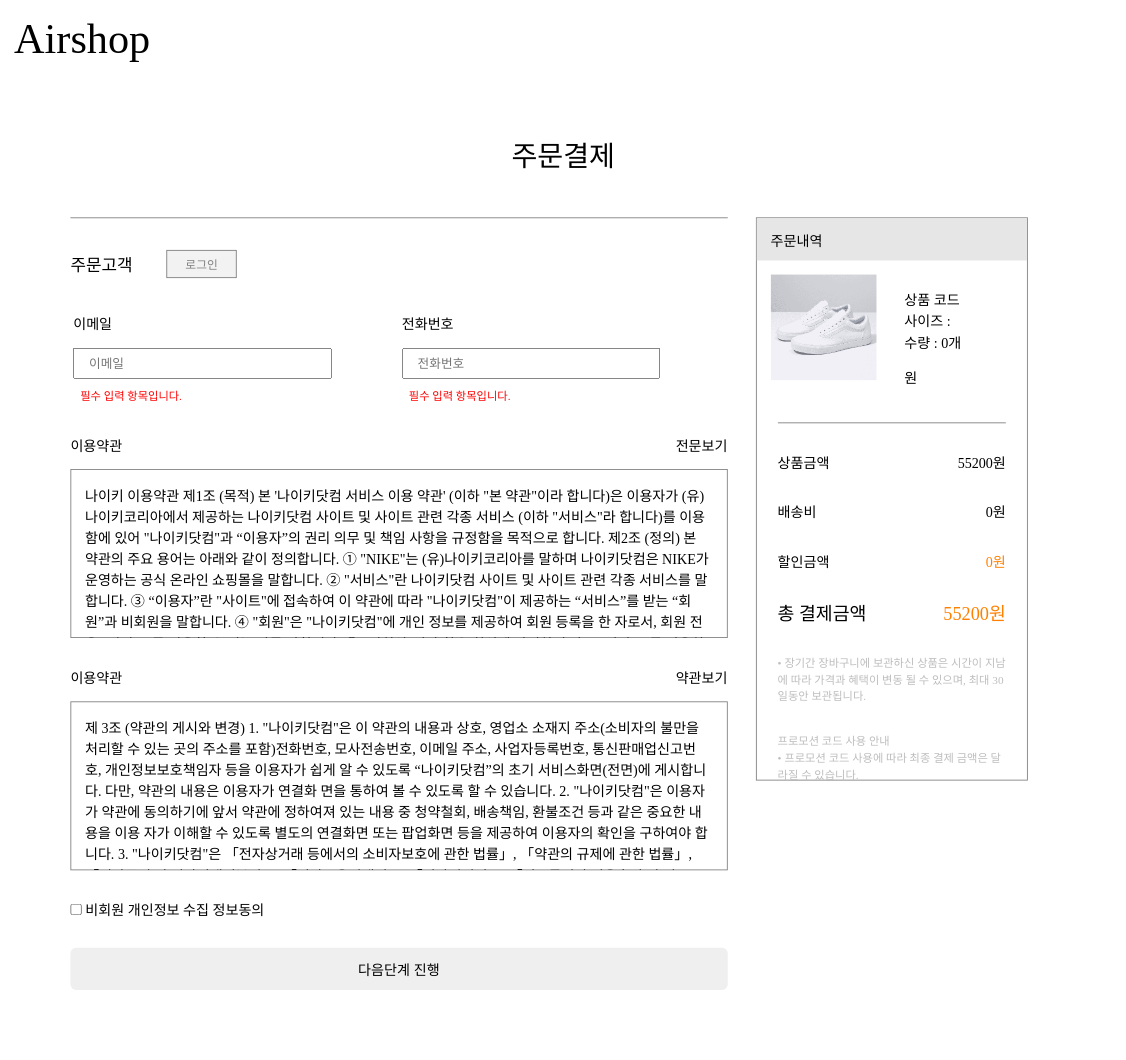
Repository: seungsu12/carrot
Page: http://localhost/carrot/orderform.jsp
These files come from the project's save history. The page is drawn as it stood at one moment and after the next save; the edit follows.
The browser window is 1280 px wide. The pictures show the whole page, at 88% of full size.
The page is served by Tomcat 9. Queries for data that is not in the repository find no rows.

Above is the page before, as saved 2021-09-25 02:05:04.

After the next save:
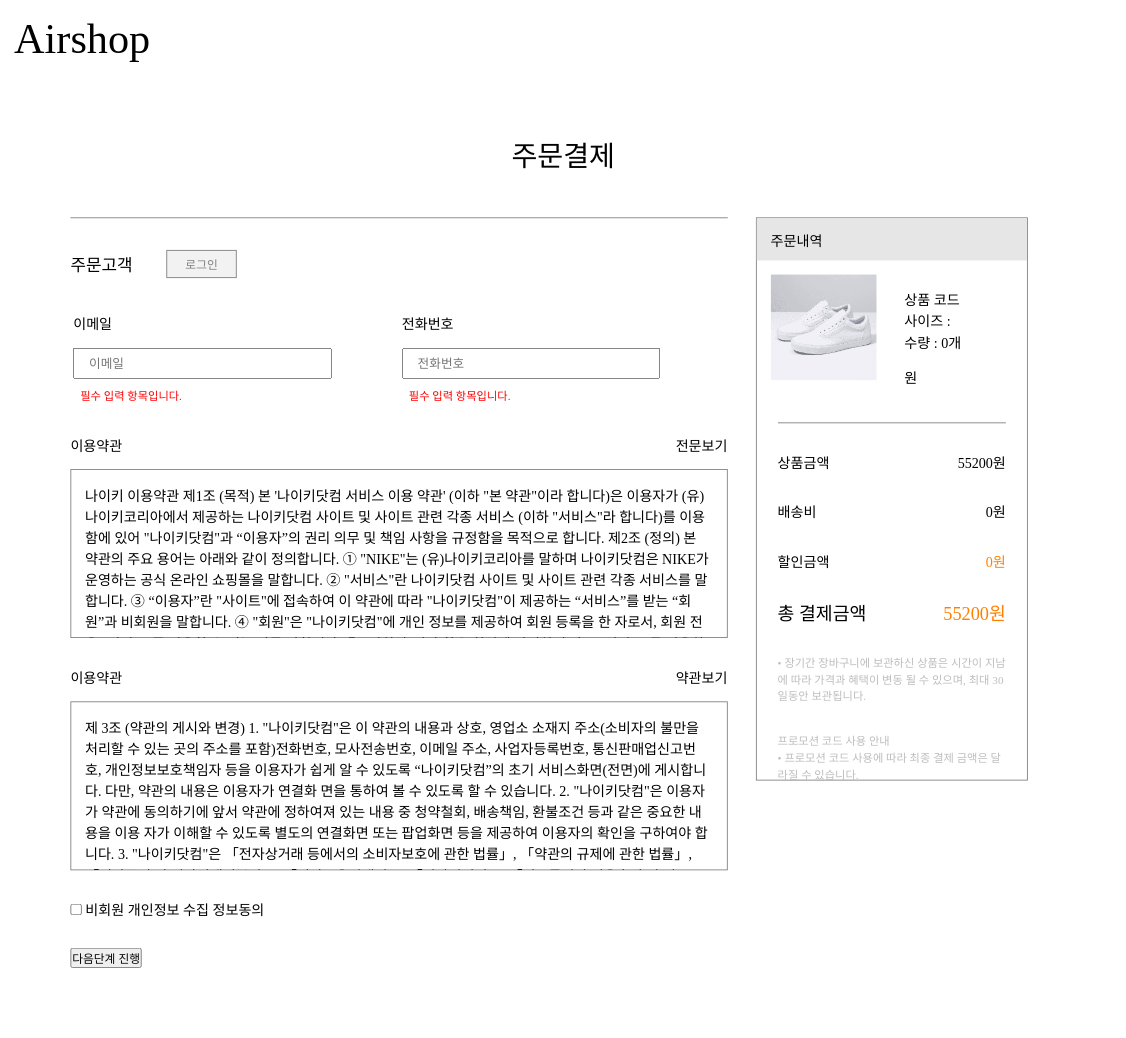
Saved 3 min 14 s later.
--- a/carrot/WebContent/orderform.jsp
+++ b/carrot/WebContent/orderform.jsp
@@ -117,7 +117,7 @@
 					<label for="order_checkbox">비회원 개인정보 수집 정보동의</label>
 				</div>
 				<div class="order_submit_wrapper order_main_content">
-					<input class="order_submit_button" type="button" value="다음단계 진행">
+					<button class="order_submit_button" type="button" value="">다음단계 진행</button>
 				</div>
 			</div>
 

After the save that followed:
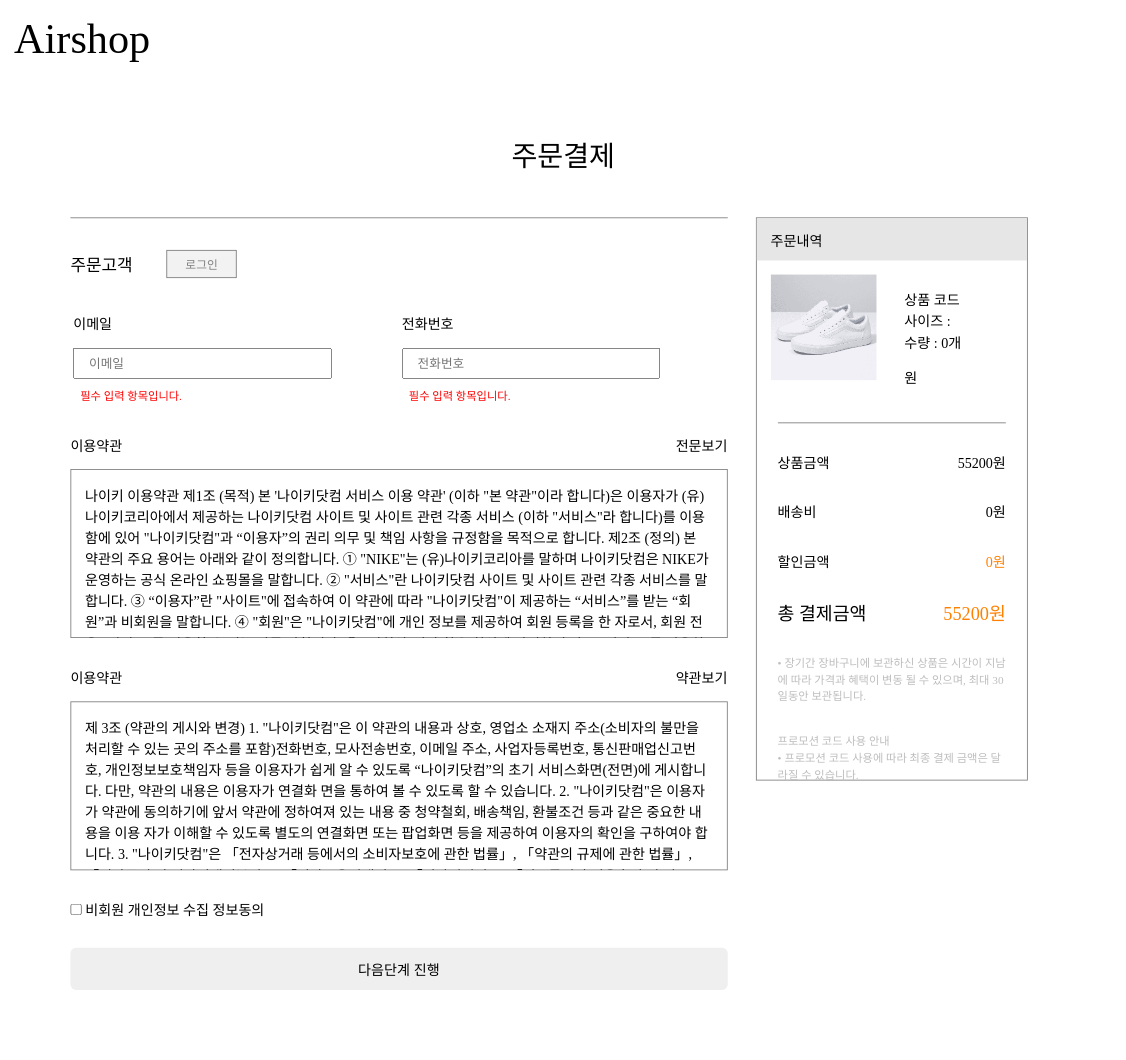
Saved 2 min 48 s later.
--- a/carrot/WebContent/orderform.jsp
+++ b/carrot/WebContent/orderform.jsp
@@ -117,7 +117,7 @@
 					<label for="order_checkbox">비회원 개인정보 수집 정보동의</label>
 				</div>
 				<div class="order_submit_wrapper order_main_content">
-					<button class="order_submit_button" type="button" value="">다음단계 진행</button>
+					<input class="order_submit_button" type="button" value="다음단계 진행">
 				</div>
 			</div>
 
